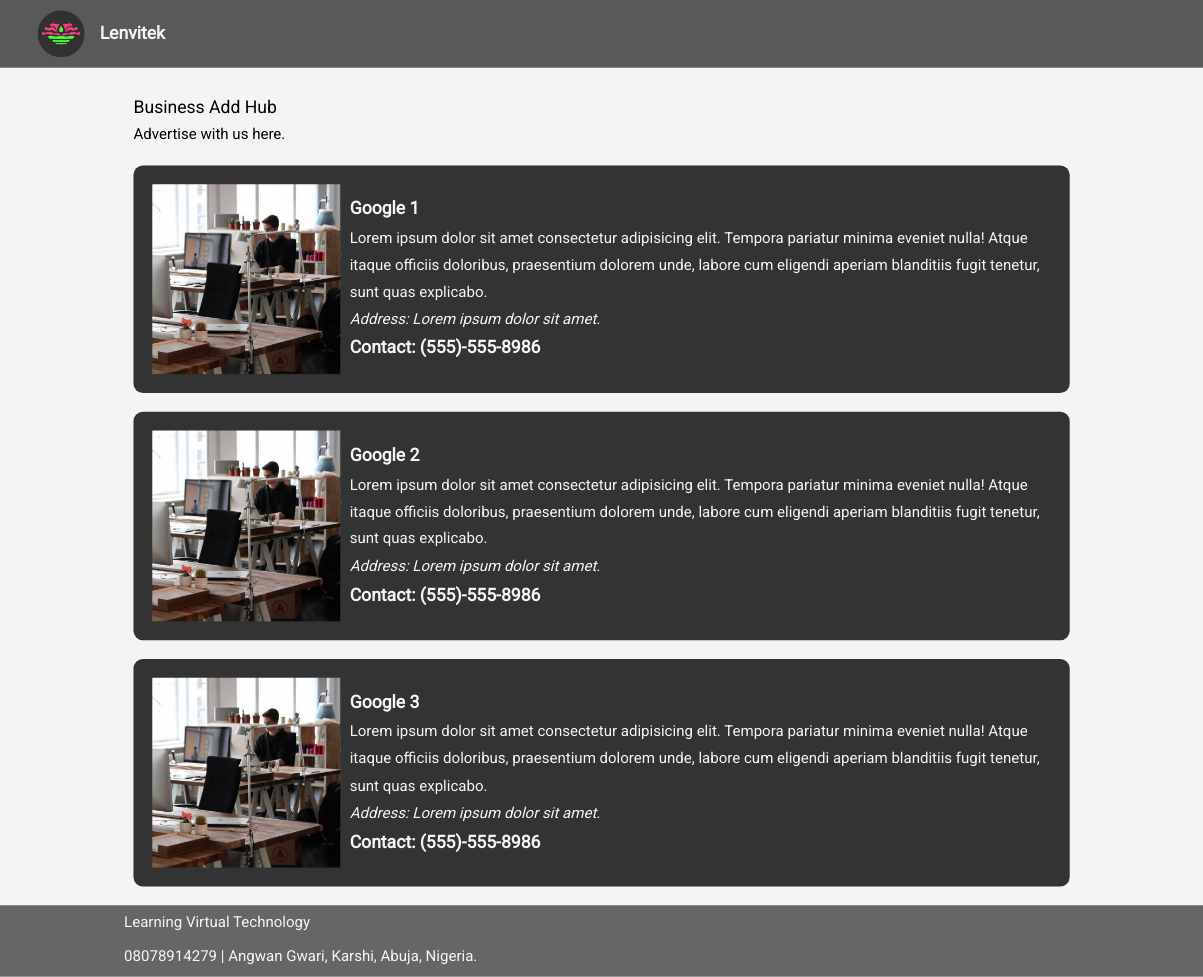
Repository: mxhdiqaim/lenviteck
Page: dist/businessAddHub.html
These files come from the project's save history. The page is drawn as it stood at one moment and after the next save; the edit follows.
The browser window is 1280 px wide. The pictures show the whole page, at 94% of full size.
Some web libraries are served in a nearby version. The style sheet was rebuilt from its Sass, Less or Tailwind sources for each picture, by a compiler version that may differ from the author's.

Above is the page before, as saved 2021-05-07 16:17:08.

### dist/businessAddHub.html
<!DOCTYPE html>
<html lang="en">
<head>
    <meta charset="UTF-8">
    <meta http-equiv="X-UA-Compatible" content="IE=edge">
    <meta name="viewport" content="width=device-width, initial-scale=1.0">
    <link rel="icon" href="../img/favicon.ico" type="image/x-icon" />
    <link rel="stylesheet" href="./styles/main.css">
    <link rel="stylesheet" href="https://pro.fontawesome.com/releases/v5.10.0/css/all.css"
    integrity="sha384-AYmEC3Yw5cVb3ZcuHtOA93w35dYTsvhLPVnYs9eStHfGJvOvKxVfELGroGkvsg+p" crossorigin="anonymous" />
    <title>Lenviteck | Business Add Hub.</title>
</head>
<body>

    <section class="content">
        <nav class="navbar bg-dark">
            <div class="logo-div">
                <img src="../img/LOGO.jpeg" class="logo" alt="">
                <h1>Lenvitek</h1>
            </div>
        </nav>


        <section class="container">
            <div class="business-add-hub">
                <h1>Business Add Hub</h1>
                <p>Advertise with us here.</p>
            </div>
            <div class="section-2">
                <div class="company company-1">
                    <img src="../img/img.jpg" alt="">
                    <div>
                        <h1>Google 1</h1>
                        <p>Lorem ipsum dolor sit amet consectetur adipisicing elit. Tempora pariatur minima eveniet nulla! Atque itaque officiis doloribus, praesentium dolorem unde, labore cum eligendi aperiam blanditiis fugit tenetur, sunt quas explicabo.</p>
                        <address>Address: Lorem ipsum dolor sit amet.</address>
                        <h1>Contact: (555)-555-8986</h1>
                    </div>
                </div>
                <div class="company company-1">
                    <img src="../img/img.jpg" alt="">
                    <div>
                        <h1>Google 2</h1>
                        <p>Lorem ipsum dolor sit amet consectetur adipisicing elit. Tempora pariatur minima eveniet nulla! Atque itaque officiis doloribus, praesentium dolorem unde, labore cum eligendi aperiam blanditiis fugit tenetur, sunt quas explicabo.</p>
                        <address>Address: Lorem ipsum dolor sit amet.</address>
                        <h1>Contact: (555)-555-8986</h1>
                    </div>
                </div>
                <div class="company company-1">
                    <img src="../img/img.jpg" alt="">
                    <div>
                        <h1>Google 3</h1>
                        <p>Lorem ipsum dolor sit amet consectetur adipisicing elit. Tempora pariatur minima eveniet nulla! Atque itaque officiis doloribus, praesentium dolorem unde, labore cum eligendi aperiam blanditiis fugit tenetur, sunt quas explicabo.</p>
                        <address>Address: Lorem ipsum dolor sit amet.</address>
                        <h1>Contact: (555)-555-8986</h1>
                    </div>
                </div>

            </div>
        </section>
    </section>

    <footer>
       <div class="container-1">
           <div id="copy"></div>
       </div>
    </footer>

    <script>

        const date = new Date().getFullYear();

        document.getElementById("copy").innerHTML = ` <p>Learning Virtual Technology </p> <p>08078914279 | Angwan Gwari, Karshi, <span>Abuja, Nigeria</span>. </p>`;
    </script>
</body>
</html>

### dist/styles/main.scss
// Import
@import url('https://fonts.googleapis.com/css?family=Roboto');

// Global variables
$primary-color: #dc3545;
$dark-color: #333333;
$light-color: #f4f4f4;
$danger-color: #dc3545;
$success-color: #28a745;

// Functions
@function set-text-color($color) {
  @if (lightness($color) > 40) {
    @return #000;
  } @else {
    @return #fff;
  }
}

* {
  padding: 0;
  margin: 0;
  box-sizing: border-box;
}

body {
  font-family: 'Roboto', sans-serif;
  font-size: 1rem;
  line-height: 1.6;
  color: set-text-color($light-color);
  background: $light-color;
}


a {
  color: set-text-color($light-color);
  text-decoration: none;
}

ul {
  list-style: none;
}

img {
  width: 100%;
}

.logo-div {
  display: flex;
  justify-content: flex-start;
  align-items: center;

  img, h1 {
    margin: 0 8px 0;
  }

  img {
    width: 50px;
    border-radius: 50%;
  }
}

.container {
  max-width: 1100px;
  margin: auto;
  overflow: hidden;
  padding: 0 2rem;
}

.container-1 {
  max-width: 1100px;
  margin-left: 100px;
  overflow: hidden;
  padding: 0 2rem;
}

.section-1 {
  padding: 20px 10px;
  background: $dark-color;
  color: $light-color;
  margin: 10px auto;
  border-radius: 10px;
  // height: calc(100vh - 100px);
  margin-top: 70px;

  .works-list {
    padding: 10px;
    width: 100%;
    transition: all .3s ease;

    ul li a {
      color: $light-color;
      transition: color .3s ease;

      &:hover {
        color: darken($light-color, 10);
      }
    }
  }
}

// cards
.card {
  padding: .5rem;
  border: #444 1px solid;
  border-radius: 5px;
  margin: 0.5rem 0;
}

.btn {
  display: inline-block;
  background: light-color;
  border-radius: 5px;
  padding: 0.4rem 1.3rem;
  font-size: 1rem;
  border: none;
  cursor: pointer;
  margin-right: 0.5rem;
  transition: opacity 0.2s ease-in;
  outline: none;
  background-color: lighten($dark-color, 10);
  color: $light-color;
  display: block;
  width: 100%;
  position: relative;

  span {
    position: absolute;
    right: 10px;
  }
}

.btn:hover {
  background-color: lighten($dark-color, 15);
}

input {
  margin: 1.2rem 0;
}

.btn-primary,
.bg-primary,
.badge-primary,
.alert-primary {
  background: $primary-color;
  color: #fff;
}

.btn-light,
.bg-light,
.badge-light,
.alert-light {
  background: $light-color;
  color: #333;
}

.btn-dark,
.bg-dark,
.badge-dark,
.alert-dark {
  background: $dark-color;
  color: #fff;
}

.btn-danger,
.bg-danger,
.badge-danger,
.alert-danger {
  background: $danger-color;
  color: #fff;
}

.btn-success,
.bg-success,
.badge-success,
.alert-success {
  background: $success-color;
  color: #fff;
}

.btn-white,
.bg-white,
.badge-white,
.alert-white {
  background: #fff;
  color: #333;
  border: #ccc solid 1px;
}



.bg-light,
.badge-light {
  border: #ccc solid 1px;
}

.navbar {
  display: flex;
  justify-content: space-between;
  align-items: center;
  padding: 0.7rem 2rem;
  z-index: 1;
  width: 100%;
  background: $dark-color;
  opacity: 0.8;
  color: $light-color;
  margin-bottom: 1rem;
  position: fixed;
  top: 0;
  // margin: 5px ;
}

.navbar ul {
  display: flex;
}

.navbar a {
  color: #fff;
  padding: 0.45rem;
  margin: 0 0.25rem;
}

.navbar a:hover {
  color: $light-color;
}


// Drop Down Menu


// Footer
footer {
  background: lighten($dark-color, 20);
  display: flex;
  flex-direction: column;
  justify-content: flex-start;
  align-items: flex-start;
  color: $light-color;
  padding-top: 5px;
  padding-bottom: -2px;

  ul {
    display: flex;

    li {
      margin: 10px;

      a {
        transition: all .3s ease;
        color: $light-color;

        &:hover {
          color: darken($light-color, 10);
        }
      }

    }
  }

  p {
    margin-bottom: 10px;
  }
}

// Media Query
@media (max-width: 700px) {
  .hide-sm {
    display: none;
  }

  /* Navbar */
  .navbar {
    display: block;
  }

  .navbar ul {
    text-align: center;
    justify-content: center;
  }

  // Footer
  .container-1 {
    max-width: 1100px;
    // margin-left: 100px;
    margin: auto;
    text-align: left;
    overflow: hidden;
    padding: 0 2rem;
  }

  /*
  * Business Add Hub
  */

  .company {
    flex-direction: column;
    text-align: center;

    img {
      width: 90% !important;
      margin: auto;
    }
  }

  .business-add-hub {
    position: relative;
    top: 60px;
    left: 60px !important;
  }

  .mr-1 {
    margin-left: -30px !important;
  }

  .section-2 {
    margin-top: 70px;

  }
}

/*
 * Business Add Hub
*/


.business-add-hub {
  margin: 100px 0 0 20px;
  position: relative;

  h1 {
    font-weight: 500;
  }
}

.company {
  display: flex;
  padding: 10px;
  background: $dark-color;
  margin: 20px;
  border-radius: 10px;
  padding: 20px;

  div {
    padding: 10px;
    line-height: 1.8;
    // background: darken($light-color, 30);


  }
  img {
    width: 200px;

  }

}


.section-2 {
  color: $light-color;
  border-radius: 10px;
  // margin-top: 70px;

}

After the next save:
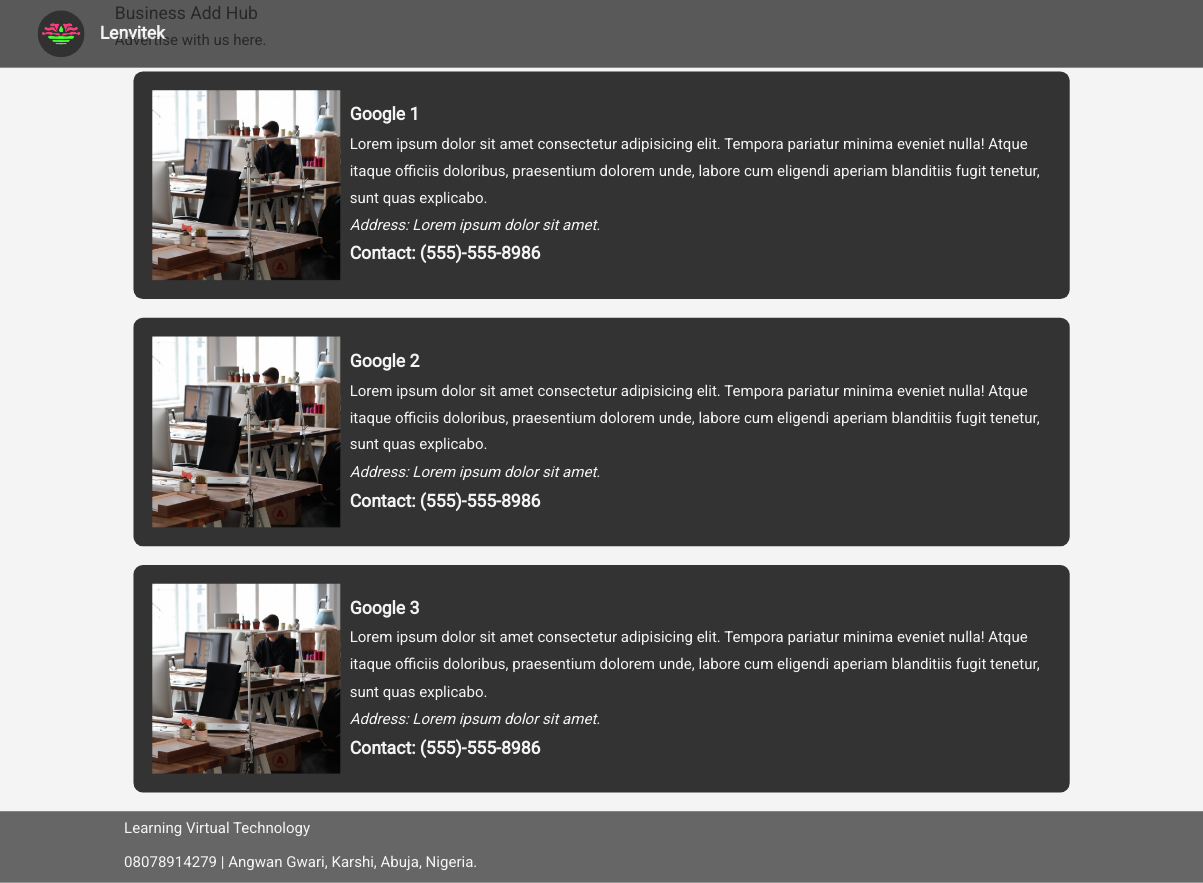
Saved 9 s later.
--- a/dist/styles/main.scss
+++ b/dist/styles/main.scss
@@ -324,7 +324,8 @@
 
 
 .business-add-hub {
-  margin: 100px 0 0 20px;
+  // margin: 100px 0 0 20px;
+  margin: auto;
   position: relative;
 
   h1 {

After the save that followed:
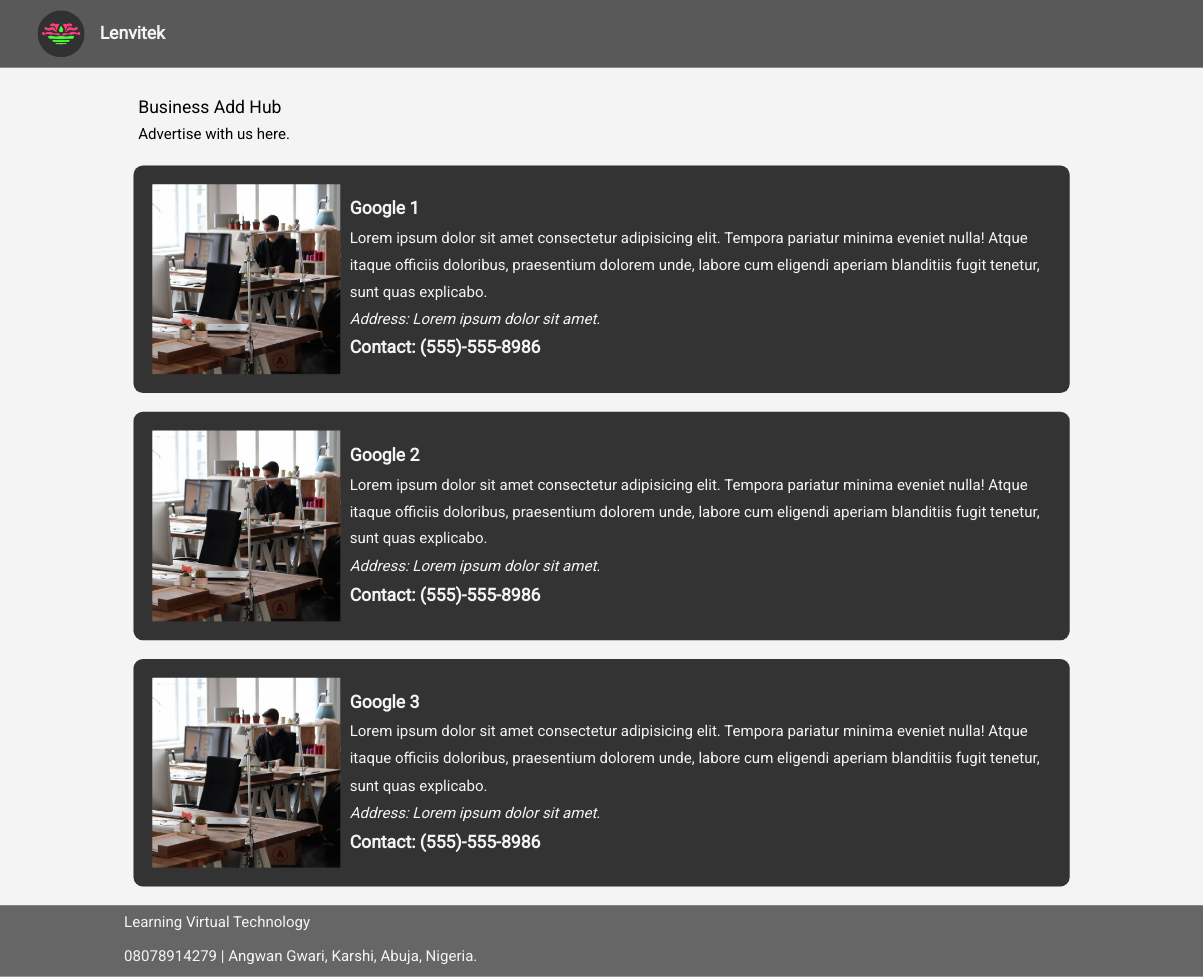
Saved 9 s later.
--- a/dist/styles/main.scss
+++ b/dist/styles/main.scss
@@ -324,8 +324,8 @@
 
 
 .business-add-hub {
-  // margin: 100px 0 0 20px;
-  margin: auto;
+  margin: 100px 0 0 25px;
+  // margin: auto;
   position: relative;
 
   h1 {
